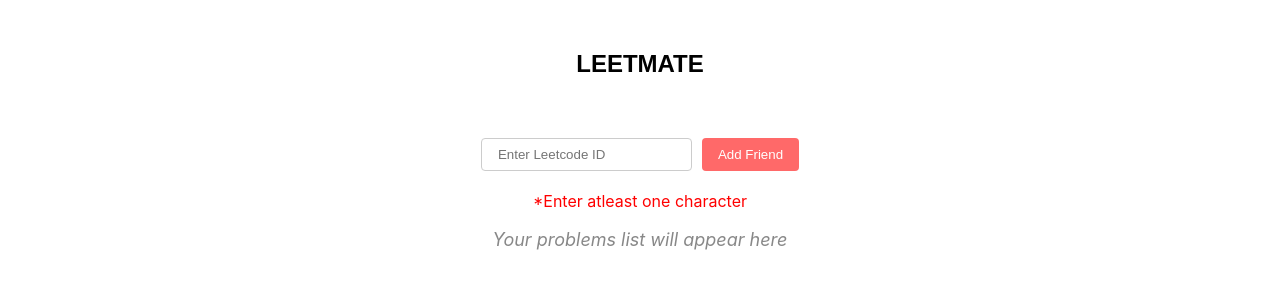
Repository: Sanketh149/leetcode-discord
Page: /
The author's editor kept a copy of each file at every save. The page is drawn from the files as they stood at one save, then again after the next save.
The browser window is 1280 px wide. The pictures show the whole page.
The project was rebuilt for these pictures with package versions that can differ from the ones it lists, and the page was loaded fresh each time. Also part of the build but not shown: src/Modal.module.css, src/Modal.js, src/Cart.module.css, src/Cart.js.

Above is the page before, as saved 2023-06-21 17:55:51.

### public/index.html
<!DOCTYPE html>
<html lang="en">
  <head>
    <meta charset="utf-8" />
    <link rel="icon" href="%PUBLIC_URL%/favicon.ico" />
    <meta name="viewport" content="width=device-width, initial-scale=1" />
    <meta name="theme-color" content="#000000" />
    <meta
      name="description"
      content="Web site created using create-react-app"
    />
    <link rel="apple-touch-icon" href="%PUBLIC_URL%/logo192.png" />
    <!--
      manifest.json provides metadata used when your web app is installed on a
      user's mobile device or desktop. See https://developers.google.com/web/fundamentals/web-app-manifest/
    -->
    <link rel="manifest" href="%PUBLIC_URL%/manifest.json" />
    <!--
      Notice the use of %PUBLIC_URL% in the tags above.
      It will be replaced with the URL of the `public` folder during the build.
      Only files inside the `public` folder can be referenced from the HTML.

      Unlike "/favicon.ico" or "favicon.ico", "%PUBLIC_URL%/favicon.ico" will
      work correctly both with client-side routing and a non-root public URL.
      Learn how to configure a non-root public URL by running `npm run build`.
    -->
    <title>LeetMate</title>
  </head>
  <body>
    <noscript>You need to enable JavaScript to run this app.</noscript>
    <div id="root"></div>
    <div id="overlays"></div>
    <!--
      This HTML file is a template.
      If you open it directly in the browser, you will see an empty page.

      You can add webfonts, meta tags, or analytics to this file.
      The build step will place the bundled scripts into the <body> tag.

      To begin the development, run `npm start` or `yarn start`.
      To create a production bundle, use `npm run build` or `yarn build`.
    -->
  </body>
</html>

### src/App.js
import React, { useState } from "react";
import "./App.css";
import Cart from "./Cart";
const API_ENDPOINT = "/graphql";
const App = () => {
  const [username, setUsername] = useState("");
  const [user, setUser] = useState([]);
  const [leetId, setLeetId] = useState([]);
  const displayTitle = (item, titleSlug) => {
    const exisitingTitles = user.map((innerArray) => innerArray[0]);
    const exisitingSlugs = user.map((innerArray) => innerArray[1]);
    const uniqueTitles = [...new Set([...item, ...exisitingTitles])];
    const uniqueSlugs = [...new Set([...titleSlug, ...exisitingSlugs])];
    // const uniquePairs = uniqueTitles.map((name, index) => ({
    //   name,
    //   link: uniqueSlugs[index],
    // }));
    const uniquePairs = [];
    for (let i = 0; i < uniqueSlugs.length; i++) {
      const temp = [uniqueTitles[i], uniqueSlugs[i]];
      uniquePairs.push(temp);
    }
    setUser((prevState) => {
      return uniquePairs;
    });
  };

  const handleFormSubmit = async (event) => {
    event.preventDefault();

    const query = `
      {
        recentAcSubmissionList(username: "${username}") {
          id
          title
          titleSlug
        }
      }
    `;

    const url = `${API_ENDPOINT}?query=${encodeURIComponent(query)}`;

    fetch(url)
      .then((response) => response.json())
      .then((result) => {
        const titles = result.data.recentAcSubmissionList.map(
          (submission) => submission.title
        );
        const titleslugs = result.data.recentAcSubmissionList.map(
          (submission) => submission.titleSlug
        );
        displayTitle(titles, titleslugs);
        if (username.length >= 0 && !leetId.includes(username)) {
          setLeetId((prevState) => [...prevState, username]);
        }
        setUsername("");
      })
      .catch((error) => {
        setCartIsShown(true);
      });
  };

  const handleSubmit = (event) => {
    event.preventDefault();
    handleFormSubmit(event);
    // if (username.length >= 0 && !leetId.includes(username)) {
    //   setLeetId((prevState) => [...prevState, username]);
    // }
    // setUsername("");
  };
  const [cartIsShown, setCartIsShown] = useState(false);
  const showCartHandler = () => {
    setCartIsShown(true);
  };
  const hideCartHandler = () => {
    setCartIsShown(false);
    setUsername("");
  };
  const isSubmitDisabled = username.trim().length === 0;
  return (
    <div className="app">
      {cartIsShown && <Cart onClose={hideCartHandler} shownName={username} />}
      <h1 className="app__title">LEETMATE</h1>
      {user.length > 0 && <div> Problem count : {user.length}</div>}
      <form onSubmit={handleSubmit} className="app__form">
        <input
          type="text"
          value={username}
          onChange={(event) => setUsername(event.target.value)}
          placeholder="Enter Leetcode ID"
          className="app__input"
        />
        <button
          type="submit"
          className={`${
            isSubmitDisabled === true ? "app__button_disabled" : "app__button"
          }`}
          disabled={isSubmitDisabled}
        >
          Add Friend
        </button>
      </form>
      {isSubmitDisabled === true && (
        <div style={{ display: "block" }} className="errorShow">
          {" "}
          *Enter atleast one character
        </div>
      )}
      {leetId.map((item) => (
        <a href={`https://leetcode.com/${item}`} target="_blank">
          <button className="displayNameButton">{item}</button>
        </a>
      ))}
      {user.length > 0 && (
        <div>
          <b>
            {" "}
            Provided below are the links to the problems solved by above users
          </b>
        </div>
      )}
      {user.length > 0 ? (
        <ul className="app__list">
          {user.map((item) => (
            <li className="app__item">
              <a
                href={`https://leetcode.com/problems/${item[1]}`}
                target="_blank"
              >
                {item[0]}
              </a>
            </li>
          ))}
        </ul>
      ) : (
        <p className="app__message">Your problems list will appear here</p>
      )}
    </div>
  );
};

export default App;

### src/App.css
.app {
  text-align: center;
  margin-top: 50px;
}

.app__title {
  font-family: Arial, Helvetica, sans-serif;
  font-size: 24px;
  margin-bottom: 60px;
}

.app__form {
  display: flex;
  justify-content: center;
  margin-bottom: 20px;
}

.app__input {
  padding: 8px 16px;
  margin-right: 10px;
  border-radius: 4px;
  border: 1px solid #ccc;
}

.app__button {
  padding: 8px 16px;
  border-radius: 4px;
  background-color: #007bff;
  color: #fff;
  border: none;
  cursor: pointer;
}

.app__button_disabled {
  padding: 8px 16px;
  border-radius: 4px;
  background-color: #ff6969;
  color: #fff;
  border: none;
  cursor: pointer;
}

.app__list {
  list-style: none;
  padding-left: 0;
  margin-bottom: 20px;
}

.app__item {
  font-size: 18px;
  margin-bottom: 10px;
}

.app__message {
  font-size: 18px;
  font-style: italic;
  color: #888;
}

.app__list a {
  color: #007bff; /* Set the color for regular links */
  text-decoration: none; /* Remove underline for links */
}

.app__list a:visited {
  color: #007bff; /* Set the color for visited links */
}

.errorShow {
  color: red;
}

.displayNameButton {
  background-color: #f2f2f2;
  border: 1px solid black;
  border-radius: 4px;
  padding: 8px 12px;
  font-size: 14px;
  cursor: pointer;
  margin: 1rem;
}
.displayNameButton:hover {
  background-color: #e0e0e0;
}

Loaded but not shown: src/index.js (common file); src/index.css (common file); src/reportWebVitals.js (common file)

After the next save:
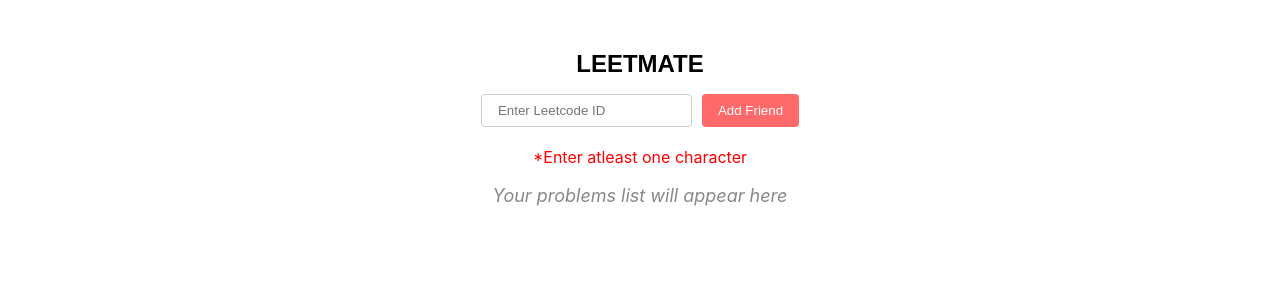
Saved 28 s later.
--- a/src/App.css
+++ b/src/App.css
@@ -6,7 +6,6 @@
 .app__title {
   font-family: Arial, Helvetica, sans-serif;
   font-size: 24px;
-  margin-bottom: 60px;
 }
 
 .app__form {
